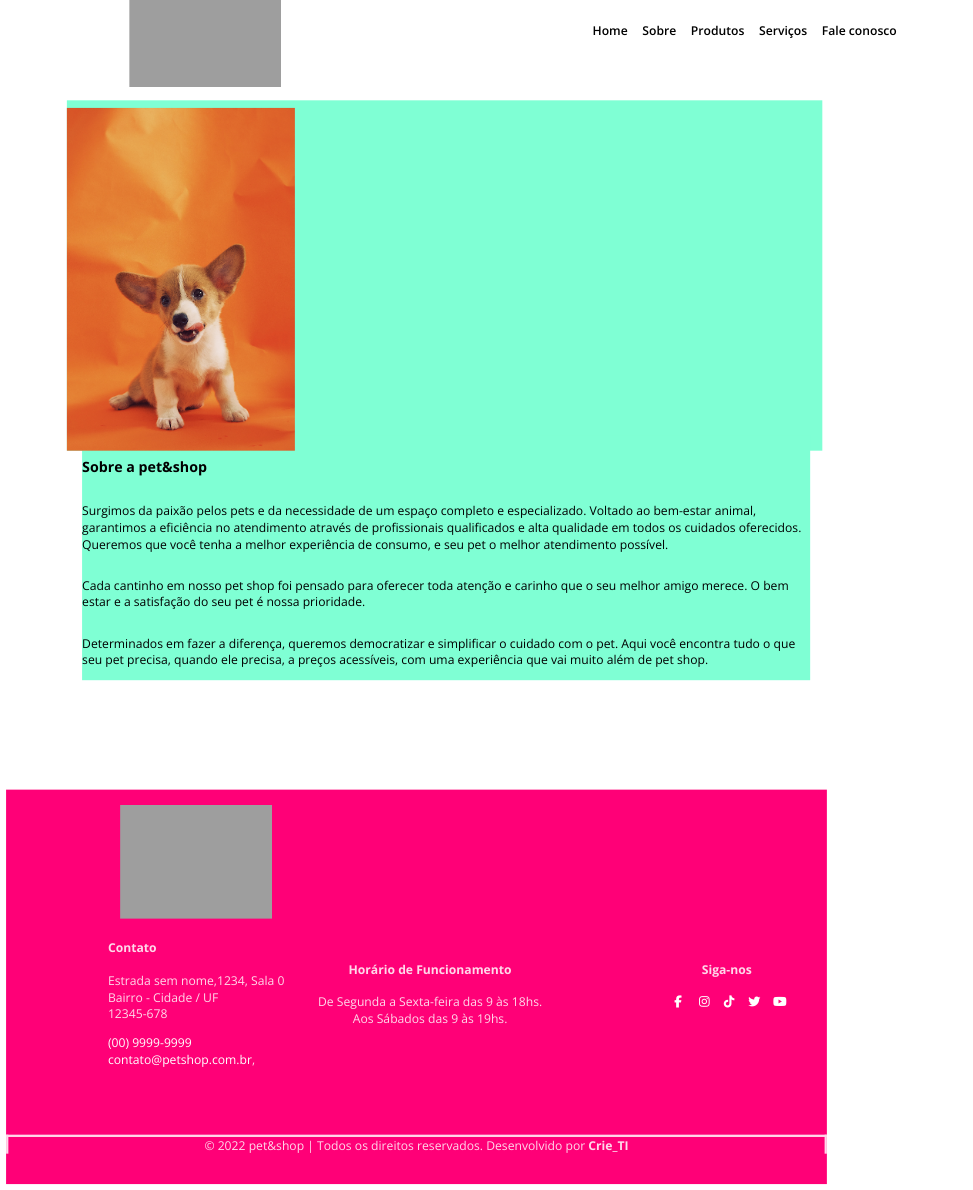
Repository: Iluiscarlos/Projeto-Site-PetShop
Page: About.html
An editor plug-in stored every save of this project. The page is shown before and after the next save, followed by the edit.
The browser window is 1280 px wide. The pictures show the whole page, at 76% of full size.
Pictures or frames that could not be fetched are drawn as grey boxes. Some web libraries are served in a nearby version.

Above is the page before, as saved 2022-04-24 19:47:56.

After the next save:
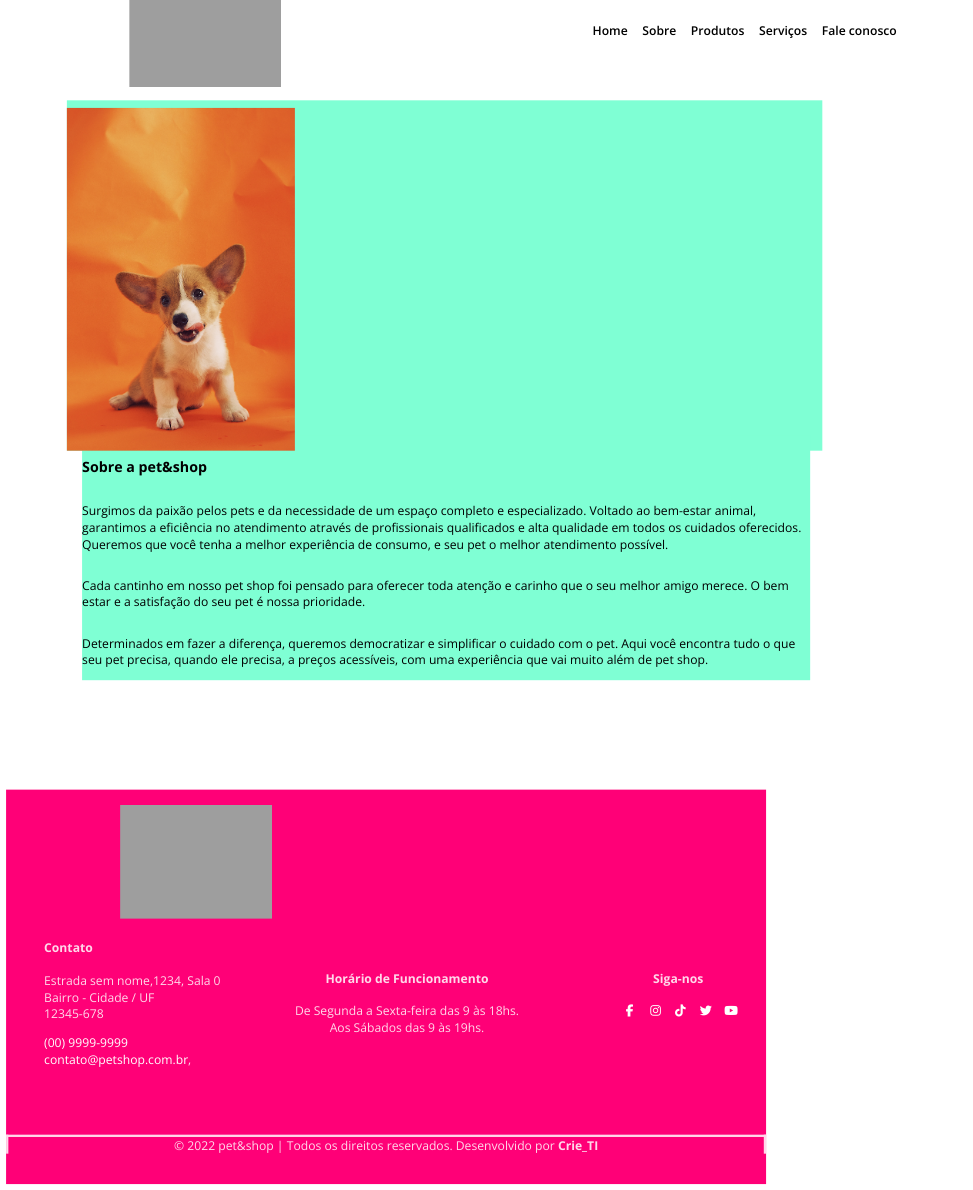
Saved 28 s later.
--- a/About.html
+++ b/About.html
@@ -125,7 +125,7 @@
       color: #ffd8ea;
       text-decoration: none;
       margin-left: 5%;
-      padding-left: 80px;
+
     }
 
     .section-contacts{
